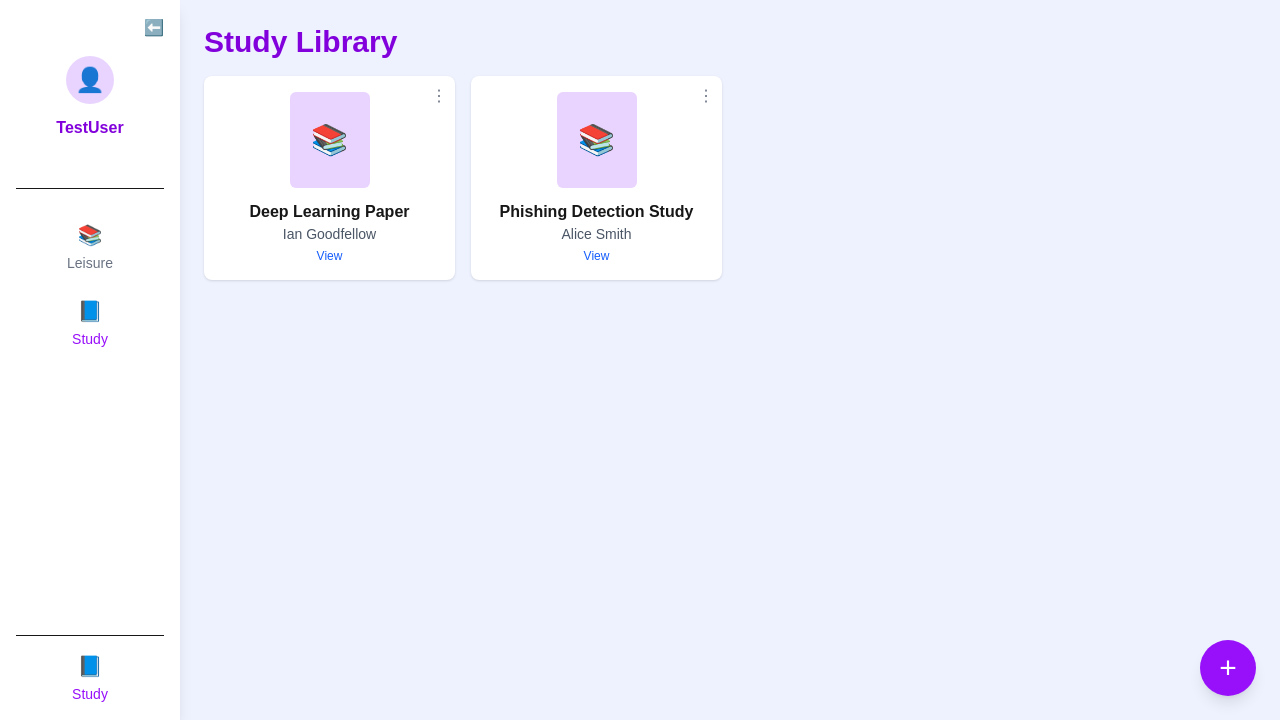
Repository: ramosfranz/bookie
Page: /dashboard
The author's editor kept a copy of each file at every save. The page is drawn from the files as they stood at one save, then again after the next save.
The browser window is 1280 px wide. The pictures show the whole page.
The project was rebuilt for these pictures with package versions that can differ from the ones it lists, and the page was loaded fresh each time. The framework's server and built-in components were replaced by stand-ins that run in the browser. Also part of the build but not shown: next.config.ts.

Above is the page before, as saved 2025-11-20 12:47:20.

After the next save:
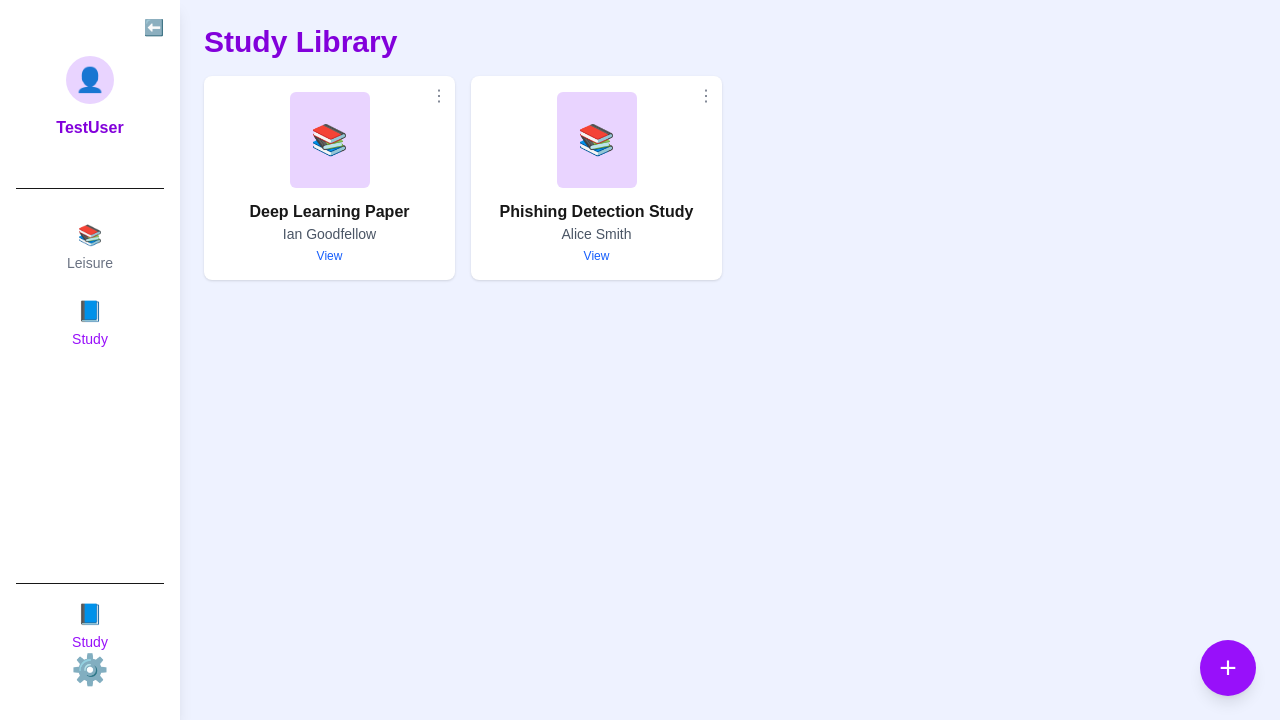
Saved 7 s later.
--- a/src/app/dashboard/page.tsx
+++ b/src/app/dashboard/page.tsx
@@ -167,6 +167,9 @@ const [isCollapsed, setIsCollapsed] = useState(false);
   {!isCollapsed && <span className="text-sm mt-1">Study</span>}
 </button>
 
+<button className="text-gray-500 hover:text-gray-700 text-3xl mb-4">
+  ⚙️
+</button>
 
     </aside>
 
